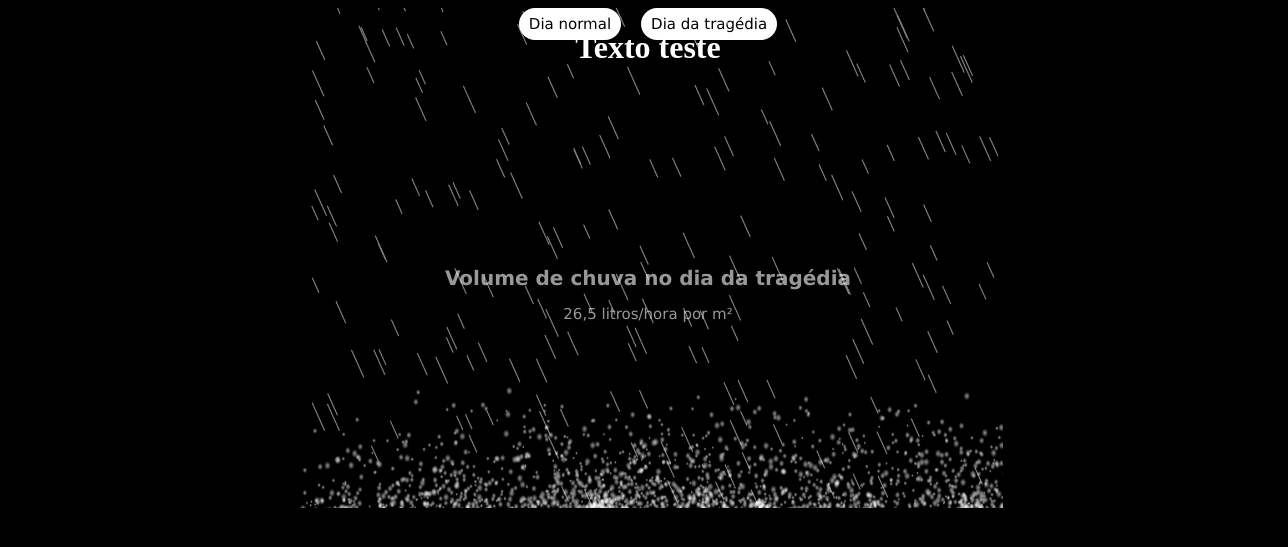
Repository: lucasthaynan/chuvas-estadao
Page: index.html
An editor plug-in stored every save of this project. The page is shown before and after the next save, followed by the edit.
The browser window is 1280 px wide. The page is 1288 px wide, so the pictures cover 1288 px, including what lies to the right of the window. The pictures show the whole page.

Above is the page before, as saved 2023-02-24 10:52:31.
Console error: ReferenceError: dat is not defined

After the next save:
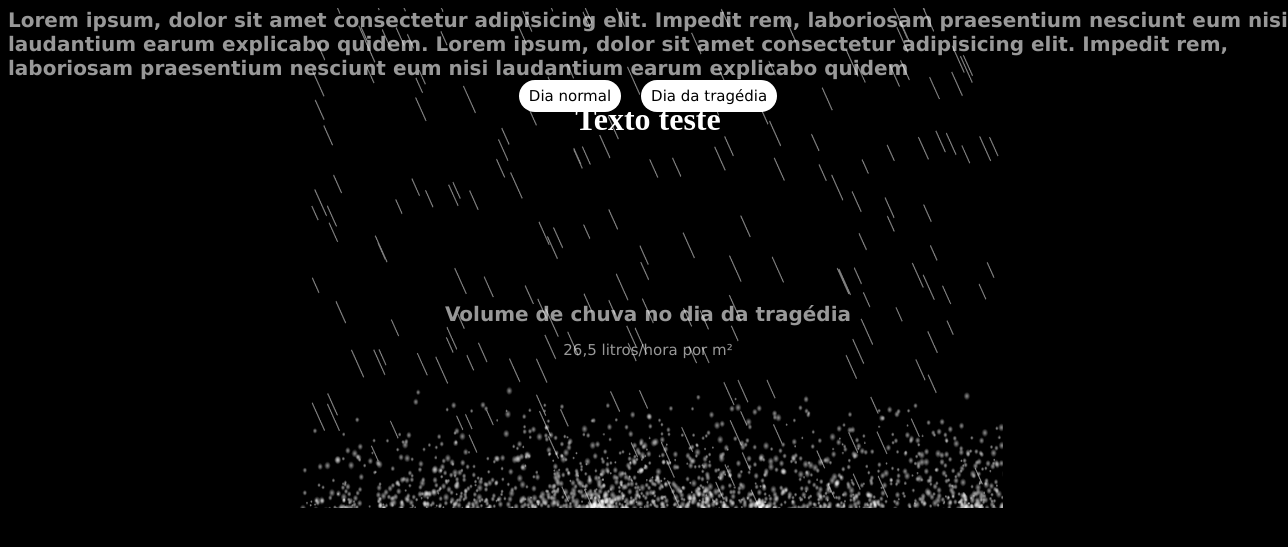
Saved 2 min 50 s later.
--- a/index.html
+++ b/index.html
@@ -8,6 +8,8 @@
     <title>Document</title>
 </head>
 <body>
+
+    <p>Lorem ipsum, dolor sit amet consectetur adipisicing elit. Impedit rem, laboriosam praesentium nesciunt eum nisi laudantium earum explicabo quidem. Lorem ipsum, dolor sit amet consectetur adipisicing elit. Impedit rem, laboriosam praesentium nesciunt eum nisi laudantium earum explicabo quidem</p>
 
     <div id="instructions"></div>
         <div>

After the 2 saves that followed:
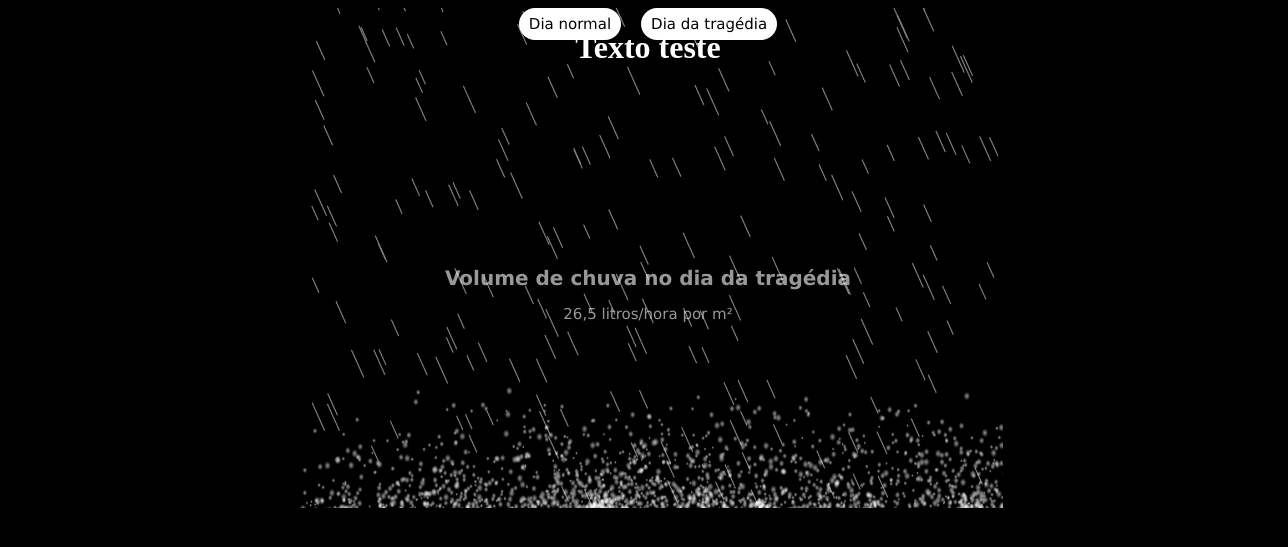
The 2 saves are shown as one change because they came seconds apart.
The last was saved 23 s later.
--- a/index.html
+++ b/index.html
@@ -9,7 +9,7 @@
 </head>
 <body>
 
-    <p>Lorem ipsum, dolor sit amet consectetur adipisicing elit. Impedit rem, laboriosam praesentium nesciunt eum nisi laudantium earum explicabo quidem. Lorem ipsum, dolor sit amet consectetur adipisicing elit. Impedit rem, laboriosam praesentium nesciunt eum nisi laudantium earum explicabo quidem</p>
+
 
     <div id="instructions"></div>
         <div>
